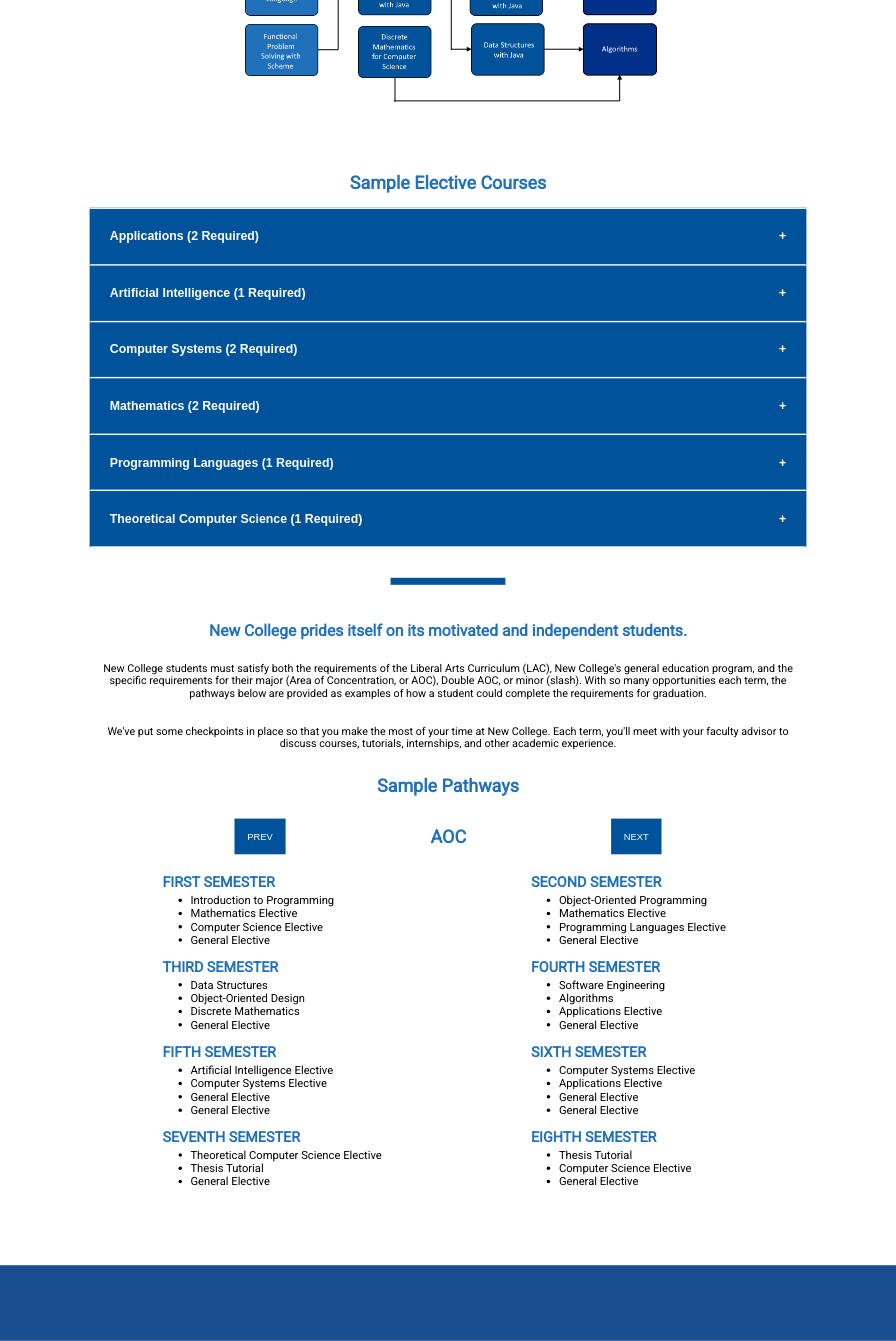
Repository: tylazar/NCFCS
Page: curriculum.html
These files come from the project's save history. The page is drawn as it stood at one moment and after a run of saves; the edit follows.
The browser window is 1280 px wide. The pictures show the part of the page from y = 738 to 2658 px (the page is 2654 px tall before and 2658 px after), at 70% of full size.

Above is the page before, as saved 2020-02-12 17:29:16.

### curriculum.html
<!DOCTYPE html>
<html lang="en-US">
<head>
	<title>New College of Florida | Curriculum</title>

	<link rel="stylesheet" type="text/css" href="styles\curriculum.css">
	<link href="https://fonts.googleapis.com/css?family=Montserrat|Roboto&display=swap" rel="stylesheet">
</head>
<body>
	<ul id="top-nav">
		<li class="nav"><a href="https://www.ncf.edu/"><img id="nav-img-left" src="images\logo-white.png" alt="New College of Florida"></a></li>
		<li class="nav"><a class="top-link" href="index.html">Home</a></li>
		<li class="nav"><a class="top-link active" href="curriculum.html">Curriculum</a></li>
		<li class="nav"><a class="top-link" href="faculty\index.html">Faculty & Alumni</a></li>
		<li class="nav"><a class="top-link" href="projects\index.html">Student Projects</a></li>
		<li class="nav"><a class="top-link" href="resources.html">Highlights</a></li>
		<li class="nav"><img id="nav-img-right" src="images\four-winds-white.png" alt="Four Winds logo"></li>
	</ul>

	<div id="body-content">
		<h1>CURRICULUM</h1>
		<h3>At New College, we believe in the value of interdisciplinary education
		and flexibility in curriculum to meet each student's individual
		needs.</h3>
		<p class="standard-text">Instead of majors and minors, we have Areas of
		Concentrations (AOCs) and Slashes. Students wishing to having two AOCs
		as their primary educational focus can get a Double AOC in which the
		requirements of both AOCs are fully met. This system allows our students
		to focus on topics they're passionate in while still exploring other
		areas and learning from different perspectives. Each AOC has required
		courses for graduation, but the time these are taken and supplementary
		classes are up to the student and their advisor. </p>

		<hr>
		<h2>Core Computer Science Courses</h2>
		<img id="reqs" src="images\reqs.png" alt="A flowchart of core required courses">

		<h2>Sample Elective Courses</h2>
		<button class="collapsible first">Applications (2 Required)</button>
		<div class="collaps-content">
			<table>
				<tr>
					<td><p>Databases and Web Applications</p></td>
					<td><p>High Performance Computing</p></td>
				</tr>
				<tr>
					<td><p>Mobile Applications</p></td>
					<td><p>Augmented Reality</p></td>
				</tr>
				<tr>
					<td><p>Human Centered Computing</p></td>
					<td><p>Web Security</p></td>
				</tr>
				<tr>
					<td><p>Bioinformatics</p></td>
					<td><p>Computer Graphics</p></td>
				</tr>
			</table>
		</div>

		<button class="collapsible">Artificial Intelligence (1 Required)</button>
		<div class="collaps-content">
			<table>
				<tr>
					<td><p>Data Mining and Machine Learning</p></td>
					<td><p>Applied Machine Learning</p></td>
				</tr>
				<tr>
					<td><p>Natural Language Processing</p></td>
					<td><p>A.I. and its Philosophical Underpinnings</p></td>
				</tr>
				<tr>
					<td><p>Artificial Intelligence</p></td>
					<td><p>Multiagent Systems</p></td>
				</tr>
			</table>
		</div>

		<button class="collapsible">Computer Systems (2 Required)</button>
		<div class="collaps-content">
			<table>
				<tr>
					<td><p>Computer Networks</p></td>
					<td><p>Distributed Computing</p></td>
				</tr>
				<tr>
					<td><p>Intro Computer Architecture</p></td>
					<td><p>Parallel Algorithms</p></td>
				</tr>
				<tr>
					<td><p>Operating Systems</p></td>
					<td><p>Hacking</p></td>
				</tr>
			</table>
		</div>

		<button class="collapsible">Mathematics (2 Required)</button>
		<div class="collaps-content">
			<table>
				<tr>
					<td><p>Dealing with Data</p></td>
					<td><p>Graph Theory</p></td>
				</tr>
				<tr>
					<td><p>Linear Algebra</p></td>
					<td><p>Information Theory</p></td>
				</tr>
				<tr>
					<td><p>Calculus</p></td>
					<td><p>Number Theory</p></td>
				</tr>
			</table>
		</div>

		<button class="collapsible">Programming Languages (1 Required)</button>
		<div class="collaps-content">
			<table>
				<tr>
					<td><p>The C Programming Language</p></td>
					<td><p>Functional Problem Solving with Scheme</p></td>
				</tr>
				<tr>
					<td><p>Principles of Programming Languages</p></td>
					<td><p>C++</p></td>
				</tr>
				<tr>
					<td><p>Compilers</p></td>
				</tr>
			</table>
		</div>

		<button class="collapsible">Theoretical Computer Science (1 Required)</button>
		<div class="collaps-content">
			<table>
				<tr>
					<td><p>Advanced Algorithm Design and Analysis</p></td>
					<td><p>Cryptography</p></td>
				</tr>
				<tr>
					<td><p>Computational Complexity Theory</p></td>
					<td><p>Applied Topics in Algorithms</p></td>
				</tr>
				<tr>
					<td><p>Theory of Computation</p></td>
					<td><p>Advanced Discrete Mathematics</p></td>
				</tr>
			</table>
		</div>


		<hr>
		<h3>New College prides itself on its motivated and independent students.</h3>
		<p class="standard-text">New College students must satisfy both the requirements of the Liberal Arts Curriculum (LAC), New College's general education program, and the specific requirements for their major (Area of Concentration, or AOC), Double AOC, or minor (slash). With so many opportunities each term, the pathways below are provided as examples of how a student could complete the requirements for graduation.</p>
		<p class="standard-text">We've put some checkpoints in place so that you make the most of your time at New College. Each term, you'll meet with your faculty advisor to discuss courses, tutorials, internships, and other academic experience. </p>

		<script type="text/javascript" src="scripts\collapsible.js"></script>

		<h2 class="path-h2">Sample Pathways</h2>

		<div class="path">
			<div class="path-header">
				<button class="path-btn" onclick="changePath(-1)">PREV</button>
				<h2>AOC</h2>
				<button class="path-btn" onclick="changePath(1)">NEXT</button>
			</div>
			<ul>
				<li class="semester left"><h4>FIRST SEMESTER</h4>
					<ul>
						<li>Introduction to Programming</li>
						<li>Mathematics Elective</li>
						<li>Computer Science Elective</li>
						<li>General Elective</li>
					</ul>
				</li>
				<li class="semester right"><h4>SECOND SEMESTER</h4>
					<ul>
						<li>Object-Oriented Programming</li>
						<li>Mathematics Elective</li>
						<li>Programming Languages Elective</li>
						<li>General Elective</li>
					</ul>
				</li>
				<li class="semester left"><h4>THIRD SEMESTER</h4>
					<ul>
						<li>Data Structures</li>
						<li>Object-Oriented Design</li>
						<li>Discrete Mathematics</li>
						<li>General Elective</li>
					</ul>
				</li>
				<li class="semester right"><h4>FOURTH SEMESTER</h4>
					<ul>
						<li>Software Engineering</li>
						<li>Algorithms</li>
						<li>Applications Elective</li>
						<li>General Elective</li>
					</ul>
				</li>
				<li class="semester left"><h4>FIFTH SEMESTER</h4>
					<ul>
						<li>Artificial Intelligence Elective</li>
						<li>Computer Systems Elective</li>
						<li>General Elective</li>
						<li>General Elective</li>
					</ul>
				</li>
				<li class="semester right"><h4>SIXTH SEMESTER</h4>
					<ul>
						<li>Computer Systems Elective</li>
						<li>Applications Elective</li>
						<li>General Elective</li>
						<li>General Elective</li>
					</ul>
				</li>
				<li class="semester left"><h4>SEVENTH SEMESTER</h4>
					<ul>
						<li>Theoretical Computer Science Elective</li>
						<li>Thesis Tutorial</li>
						<li>General Elective</li>
					</ul>
				</li>
				<li class="semester right"><h4>EIGHTH SEMESTER</h4>
					<ul>
						<li>Thesis Tutorial</li>
						<li>Computer Science Elective</li>
						<li>General Elective</li>
					</ul>
				</li>
			</ul>
		</div>

		<div class="path">
			<div class="path-header">
				<button class="path-btn" onclick="changePath(-1)">PREV</button>
				<h2>DOUBLE</h2>
				<button class="path-btn" onclick="changePath(1)">NEXT</button>
			</div>
			<ul>
				<li class="semester left"><h4>FIRST SEMESTER</h4>
					<ul>
						<li>Introduction to Programming</li>
						<li>Mathematics Elective</li>
						<li>Course in Double AOC</li>
						<li>Course in Double AOC</li>
					</ul>
				</li>
				<li class="semester right"><h4>SECOND SEMESTER</h4>
					<ul>
						<li>Object-Oriented Programming</li>
						<li>Programming Languages Elective</li>
						<li>Course in Double AOC</li>
						<li>Course in Double AOC</li>
					</ul>
				</li>
				<li class="semester left"><h4>THIRD SEMESTER</h4>
					<ul>
						<li>Data Structures</li>
						<li>Object-Oriented Design</li>
						<li>Course in Double AOC</li>
						<li>Course in Double AOC</li>
					</ul>
				</li>
				<li class="semester right"><h4>FOURTH SEMESTER</h4>
					<ul>
						<li>Software Engineering</li>
						<li>Algorithms</li>
						<li>Course in Double AOC</li>
						<li>Course in Double AOC</li>
					</ul>
				</li>
				<li class="semester left"><h4>FIFTH SEMESTER</h4>
					<ul>
						<li>Discrete Mathematics</li>
						<li>Systems Elective</li>
						<li>Course in Double AOC</li>
						<li>Course in Double AOC</li>
					</ul>
				</li>
				<li class="semester right"><h4>SIXTH SEMESTER</h4>
					<ul>
						<li>Artificial Intelligence Elective</li>
						<li>Computer Science Elective</li>
						<li>Computer Science Elective</li>
						<li>Course in Double AOC</li>
					</ul>
				</li>
				<br>
				<li class="semester left"><h4>SEVENTH SEMESTER</h4>
					<ul>
						<li>Thesis Tutorial</li>
						<li>Applications Elective</li>
						<li>Course in Double AOC</li>
					</ul>
				</li>
				<li class="semester right"><h4>EIGHTH SEMESTER</h4>
					<ul>
						<li>Thesis Tutorial</li>
						<li>Applications Elective</li>
						<li>Course in Double AOC</li>
					</ul>
				</li>
			</ul>
		</div>

		<div class="path">
			<div class="path-header">
				<button class="path-btn" onclick="changePath(-1)">PREV</button>
				<h2>SLASH</h2>
				<button class="path-btn" onclick="changePath(1)">NEXT</button>
			</div>
			<ul>
				<li class="semester left"><h4>FIRST SEMESTER</h4>
					<ul>
						<li>Introduction to Programming</li>
						<li>Course in AOC</li>
						<li>Course in AOC</li>
						<li>General Elective</li>
					</ul>
				</li>
				<li class="semester right"><h4>SECOND SEMESTER</h4>
					<ul>
						<li>Object-Oriented Programming</li>
						<li>Course in AOC</li>
						<li>Course in AOC</li>
						<li>General Elective</li>
					</ul>
				</li>
				<li class="semester left"><h4>THIRD SEMESTER</h4>
					<ul>
						<li>Computer Science Elective</li>
						<li>Course in AOC</li>
						<li>Course in AOC</li>
						<li>General Elective</li>
					</ul>
				</li>
				<li class="semester right"><h4>FOURTH SEMESTER</h4>
					<ul>
						<li>Computer Science Elective</li>
						<li>Course in AOC</li>
						<li>Course in AOC</li>
						<li>General Elective</li>
					</ul>
				</li>
				<li class="semester left"><h4>FIFTH SEMESTER</h4>
					<ul>
						<li>Computer Science Elective</li>
						<li>Course in AOC</li>
						<li>Course in AOC</li>
						<li>General Elective</li>
					</ul>
				</li>
				<li class="semester right"><h4>SIXTH SEMESTER</h4>
					<ul>
						<li>Course in AOC</li>
						<li>Course in AOC</li>
						<li>General Elective</li>
						<li>General Elective</li>
					</ul>
				</li>
				<br>
				<li class="semester left"><h4>SEVENTH SEMESTER</h4>
					<ul>
						<li>Thesis Tutorial</li>
						<li>Course in AOC</li>
						<li>General Elective</li>
					</ul>
				</li>
				<li class="semester right"><h4>EIGHTH SEMESTER</h4>
					<ul class="classes">
						<li>Thesis Tutorial</li>
						<li>Course in AOC</li>
						<li>General Elective</li>
					</ul>
				</li>
			</ul>
		</div>

		<script type="text/javascript" src="scripts\pathways.js"></script>
	</div>

	<div class="footer">

	</div>
</body>
</html>

### styles/curriculum.css
@import "common.css";

/* Stuff for the collapsible (break this all up please) */
/* Still needs work - this is the default design */
.collapsible {
  color: white;
  background-color: #00539B;
  cursor: pointer;
  padding: 4vh;
  width: 100%;
  border-bottom: none;
  border-top: none;
  border-left: white;
  border-right: white;
  text-align: left;
  outline: none;
  font-size: 1.1em;
  font-weight: bold;
}

#reqs {
  margin: auto;
  width: 80%;
}

.first {
  border-top: 2px solid white;
}

.active-collaps,
.collapsible:hover,
.collapsible:focus {
  background-color: #2070ba;
  color: white;
}

.collapsible:hover:after {
  content: '\002B';
  color: white;
}

.collapsible:after {
  content: '\002B';
  color: white;
  font-weight: bold;
  float: right;
  margin-left: 5px;
}

.collapsible:after:focus {
  border: 1px solid white;
}

.active-collaps {
  border: none;
}

.active-collaps:after {
  content: '\2212';
  color: white;
}

.active-collaps:hover:after {
  content: '\2212';
}

.collaps-content {
  padding: 0 18px;
  max-height: 0;
  overflow: hidden;
  transition: max-height 0.2s ease-out;
  color: #2070ba;
  border-left: 2px solid #2070ba;
  border-right: 2px solid #2070ba;
  border-bottom: 2px solid white;

}

.collaps-content table {
	width: 100%;
	align-content: center;
}

/* stuff for pathways */
.path-header {
	display: flex;
	width: 100%;
	justify-content: center;
}

.path {
	display: flex;
	justify-content: center;
  margin: auto;
  min-height: 80vh;
}

.semester {
  list-style: none;
}

h4 {
  margin-top: 2em;
}

h6 {
  margin-top: 2em;
  margin-bottom: 2em;
}

ul {
  text-align: left;
  margin-top: -2em;
  padding-top: -2em;
  margin-bottom: -2em;
  list-style-type: disc;
}

.path-btn {
  text-align: center;
  display: table-cell;
  vertical-align: middle;
  margin: auto;
  background-color: #00539B;
  color: white;
  border: none;
  padding: 18px 18px;
  cursor: pointer;
}

.path-btn:hover,
.path-btn:focus {
  background-color: #2070ba;
}

.left {
  width: 40%;
  float: left;
  padding-left: 5vw;
}

.right {
  width: 40%;
  float: right;
}

### scripts/collapsible.js
var coll = document.getElementsByClassName("collapsible");
var i;

for (i = 0; i < coll.length; i++) {
  coll[i].addEventListener("click", function() {
    this.classList.toggle("active-collaps");
    var content = this.nextElementSibling;
    if (content.style.maxHeight) {
      content.style.maxHeight = null;
    } else {
      content.style.maxHeight = content.scrollHeight + "px";
    }
  });
}

### styles/common.css
/* top navigation bar */
#top-nav {
	list-style-type: none;
	margin: 0;
	padding: 0;
	overflow: hidden;
	background-color: #194f90;
	display: flex;
	justify-content: space-between;
	align-items: center;
	font-family: 'Roboto', sans-serif;
	text-transform: uppercase;
}

#nav-img-left {
	height: 3em;
	margin: 1em;
	float: left;
}

.nav {
	float: left;
}

.top-link {
	display: block;
	color: white;
	text-align: center;
	text-decoration: none;
	padding: 32px 44px;
}

#nav-img-right {
	height: 3em;
	margin: 1em;
	float: right;
}

li a:hover,
li a:focus {
	background-color: #2070ba;
}

.active:focus {
	background-color: #2070ba;
	color: white;
}

.active {
	color: #fcbf49;
	font-weight: bold;
}


body {
	margin: 0;
	text-align: center;
	font-family: 'Roboto', sans-serif;
	overflow-x: hidden;
}

#body-content {
	width: 80%;
	display: block;
	margin: auto;
	margin-bottom: 10vh;
}

h1 {
	margin-top: 6vh;
	font-family: 'Roboto', sans-serif;
	color: #003087;
	font-size: 3vw;
	font-weight: bolder;
}

h2 {
	font-family: 'Roboto', sans-serif;
	color: #2070ba;
	font-size: 2vw;
}

h3 {
	font-family: 'Roboto', sans-serif;
	color: #2070ba;
	line-height: 2em;
	font-size: 1.75vw;
}

h4 {
	font-family: 'Roboto', sans-serif;
	color: #2070ba;
	line-height: 2em;
	font-size: 1.6vw;
}

hr {
	width: 15%;
	border: 0.8vh solid #00539b;
	margin-top: 6vh;
	margin-bottom: 6vh;
}

.main-img {
	width: 100vw;
	height: 70vh;
	object-fit: cover;
	display: block;
	margin: auto;
}

.rnd-img {
	border-radius: 50%;
	max-width: 20vw;
}

.standard-text {
	font-size: 1.2vw;
	margin-bottom: 5vh;
}

.footer {
	height: 15vh;
	background-color: #194f90;
	position: relative;
	right: 0;
	left: 0;
	bottom: 0;
	width: 100%;
}

### scripts/pathways.js
let slideIndex = 1;
showPath(slideIndex);

function changePath(n) {
	showPath(slideIndex += n);
}

function currentPath(n) {
	showPath(slideIndex = n);
}

function showPath(n) {
	let paths = document.getElementsByClassName("path");

	if (n > paths.length) {slideIndex = 1;}
	if (n < 1) {slideIndex = paths.length;}
	for (let i = 0; i < paths.length; i++) {
		paths[i].style.display = "none";
	}
	paths[slideIndex - 1].style.display = "block";
}

After the next 2 saves:
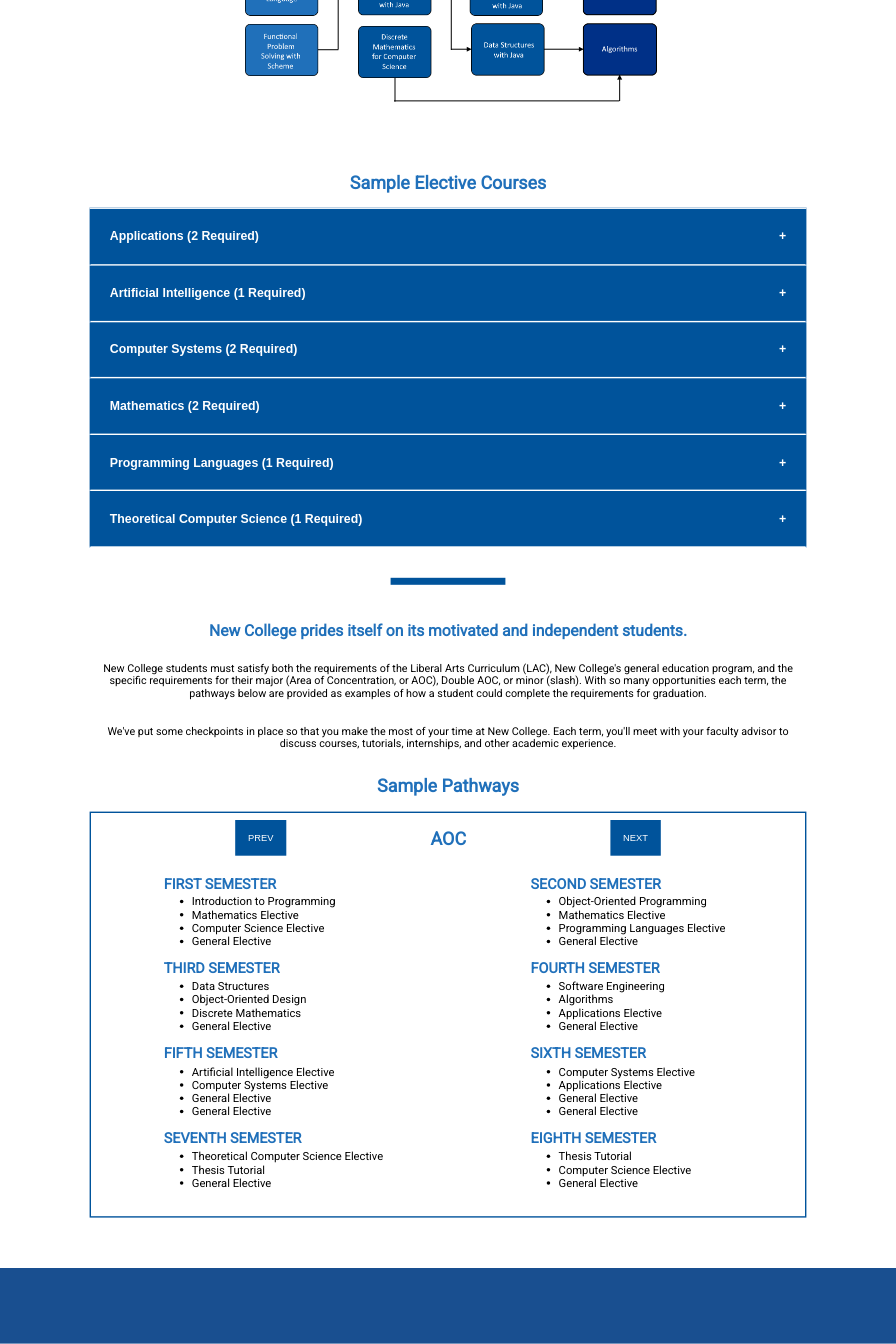
The 2 saves are shown as one change because they came seconds apart.
The last was saved 38 s later.
--- a/styles/curriculum.css
+++ b/styles/curriculum.css
@@ -93,6 +93,7 @@
 	justify-content: center;
   margin: auto;
   min-height: 80vh;
+  border: 2px solid #00539B;
 }
 
 .semester {

After the save that followed:
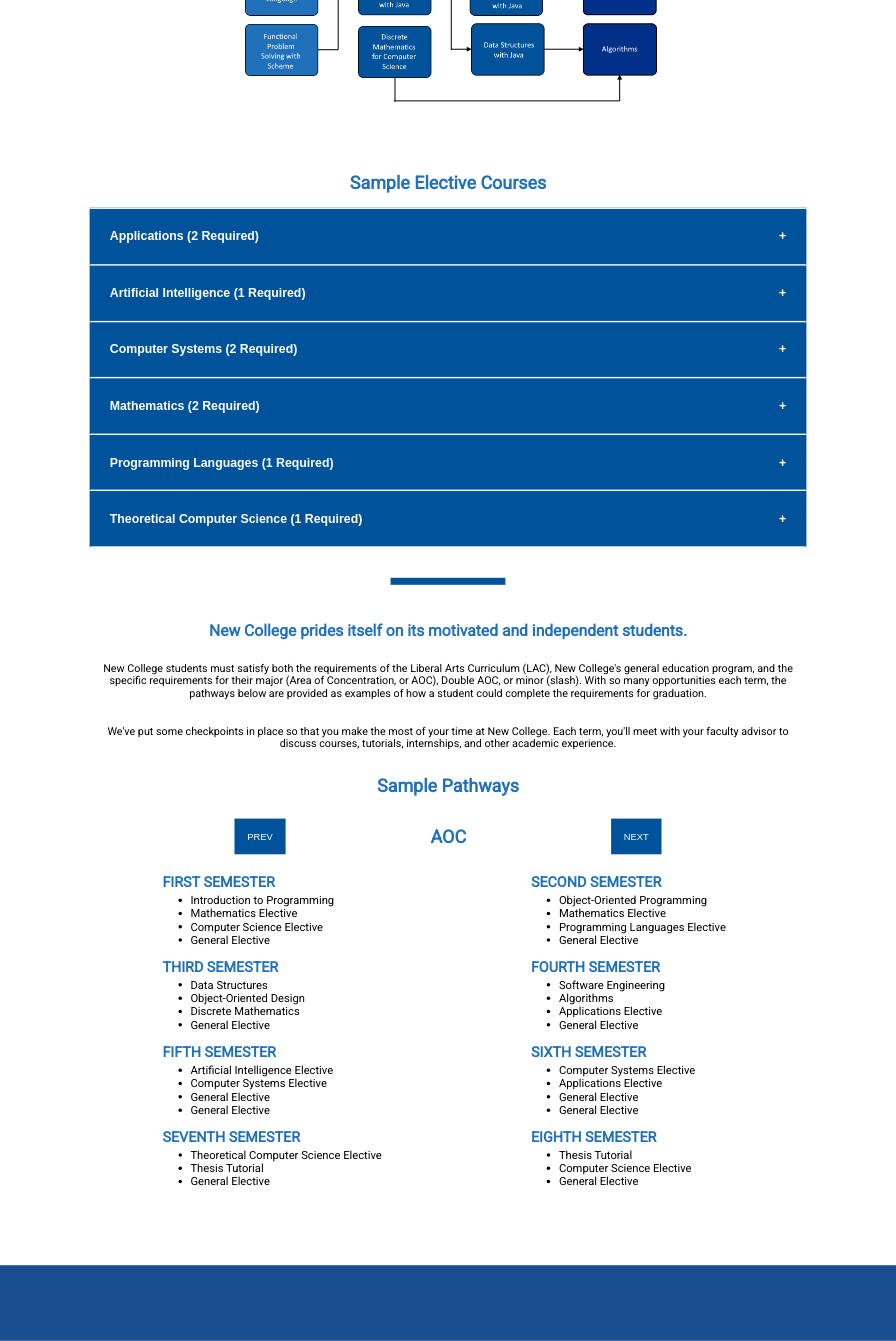
Saved 10 s later.
--- a/styles/curriculum.css
+++ b/styles/curriculum.css
@@ -93,7 +93,6 @@
 	justify-content: center;
   margin: auto;
   min-height: 80vh;
-  border: 2px solid #00539B;
 }
 
 .semester {
